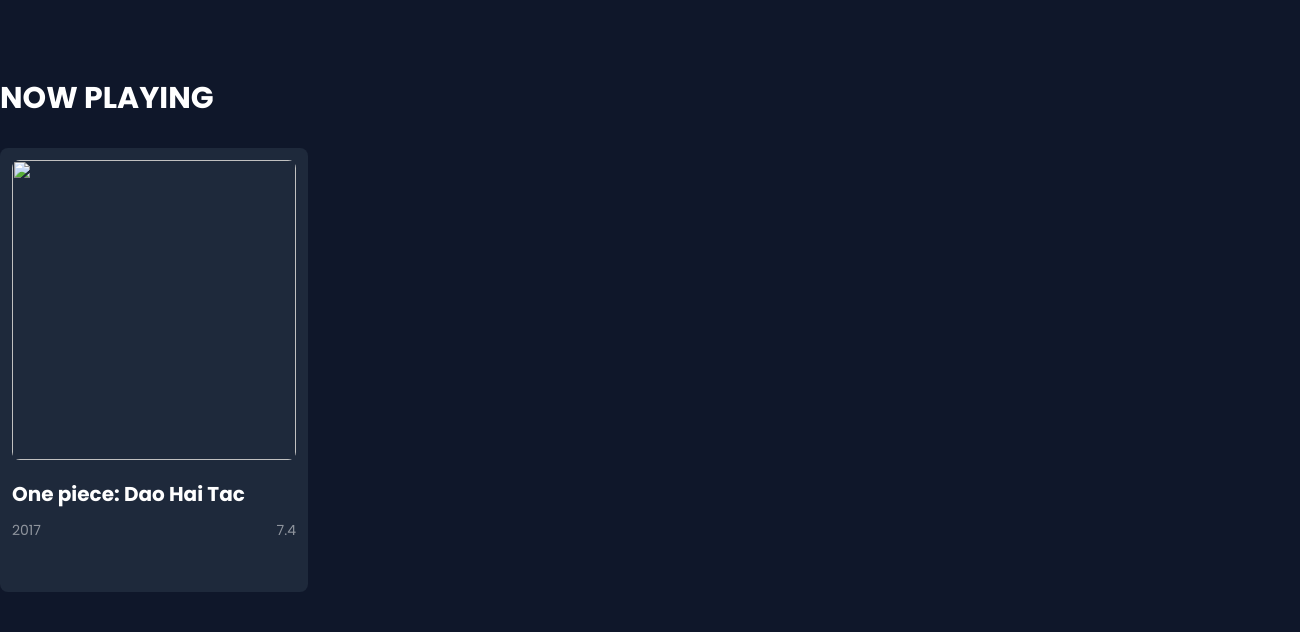
Repository: HoangLong0210/MovieWithTheMovieDb
Page: /
An editor plug-in stored every save of this project. The page is shown before and after the next save, followed by the edit.
The browser window is 1280 px wide. The page is 1300 px wide, so the pictures cover 1300 px, including what lies to the right of the window. The pictures show the part of the page from y = 624 to 1304 px (the page is 1256 px tall before and 1304 px after).
The project was rebuilt for these pictures with package versions that can differ from the ones it lists, and the page was loaded fresh each time.

Above is the page before, as saved 2023-04-27 11:22:28.

After the next save:
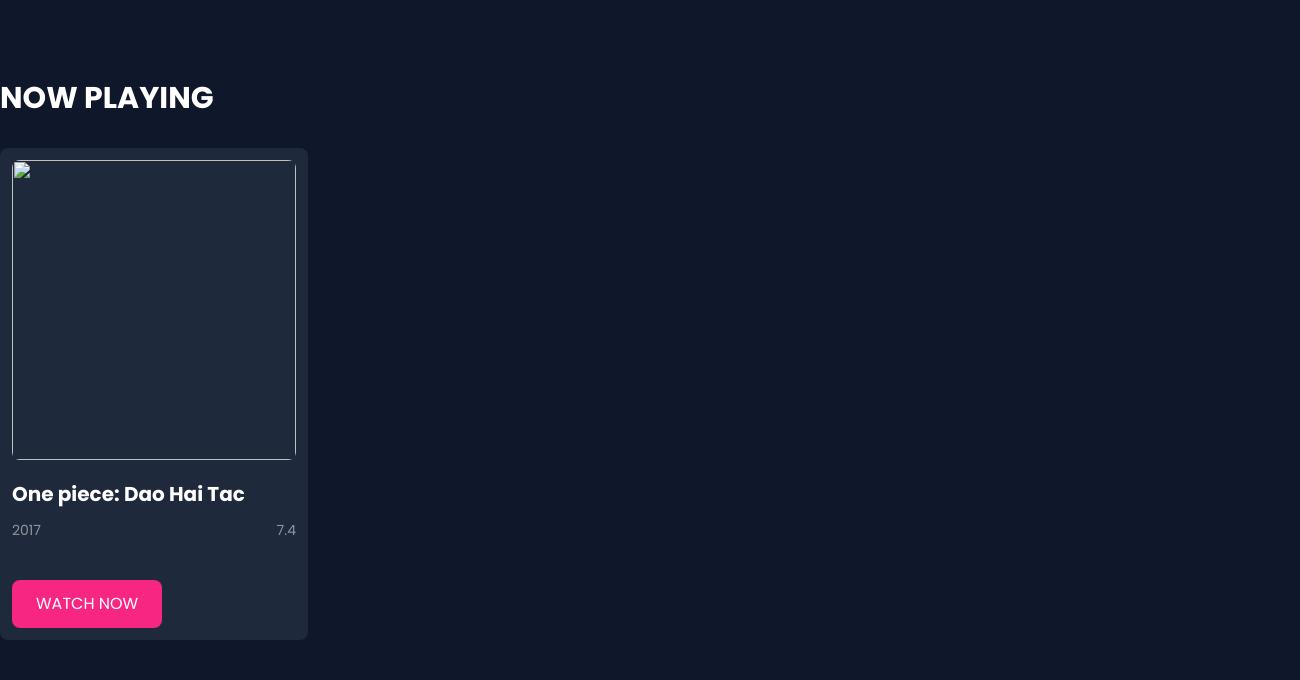
Saved 58 s later.
--- a/src/App.js
+++ b/src/App.js
@@ -53,6 +53,9 @@
               <span>2017</span>
               <span>7.4</span>
             </div>
+            <button className="py-3 px-6 rounded-lg capitalize bg-primary">
+              WATCH NOW
+            </button>
           </div>
         </div>
       </section>
